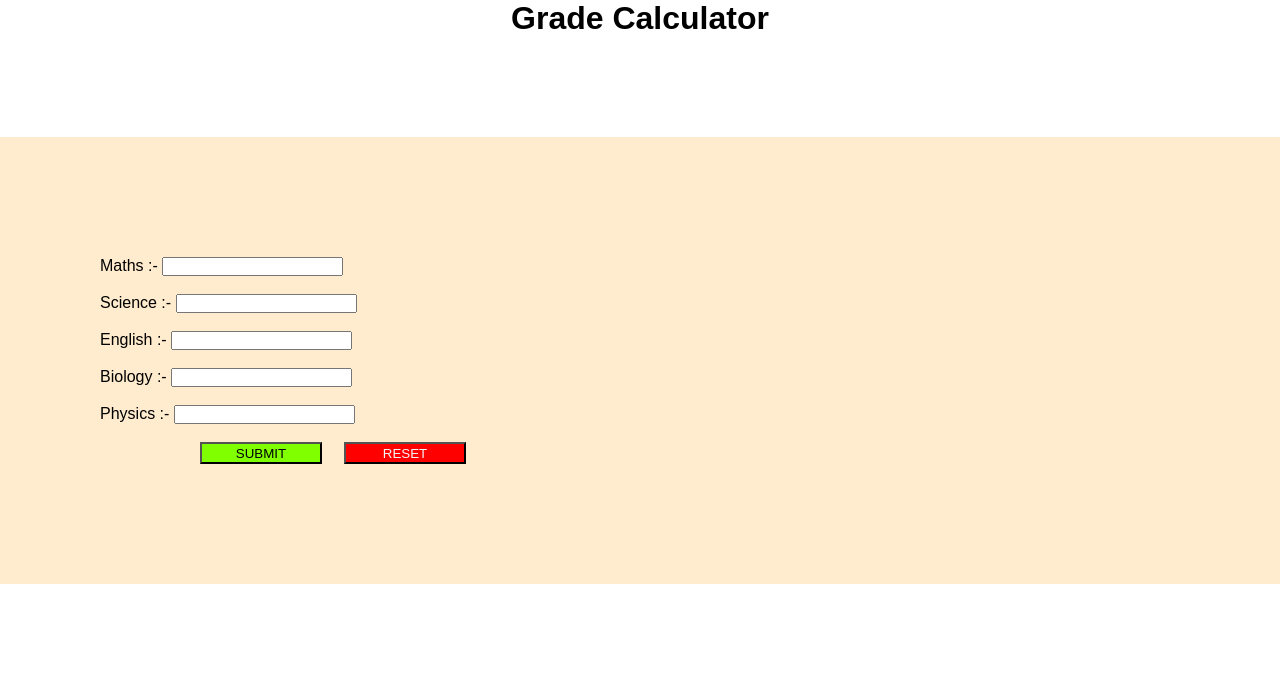
Repository: neelpatel6262/task-manager
Page: index.html
An editor plug-in stored every save of this project. The page is shown before and after the next save, followed by the edit.
The browser window is 1280 px wide. The pictures show the whole page.
Some web fonts or font styles are not loaded; a fallback is used.

Above is the page before, as saved 2025-07-21 11:25:15.

### index.html
<!DOCTYPE html>
<html lang="en">

<head>
  <meta charset="UTF-8">
  <meta name="viewport" content="width=device-width, initial-scale=1.0">
  <title>Javascript</title>
  <link rel="stylesheet" href="style.css">
  <script src="script.js"></script>
  <link rel="stylesheet" href="https://unicons.iconscout.com/release/v4.0.8/css/line.css">
  <link rel="preconnect" href="https://fonts.googleapis.com">
  <link rel="preconnect" href="https://fonts.gstatic.com" crossorigin>
  <link
    href="https://fonts.googleapis.com/css2?family=Asap:ital,wght@0,100..900;1,100..900&family=BioRhyme:wght@200..800&family=Bricolage+Grotesque:opsz,wght@12..96,200..800&family=DM+Sans:ital,opsz,wght@0,9..40,100..1000;1,9..40,100..1000&family=Inter:ital,opsz,wght@0,14..32,100..900;1,14..32,100..900&family=Italiana&family=Lora:ital,wght@0,400..700;1,400..700&family=Merriweather:ital,wght@0,300;0,400;0,700;0,900;1,300;1,400;1,700;1,900&family=Montserrat:ital,wght@0,100..900;1,100..900&family=Noto+Sans+Indic+Siyaq+Numbers&family=Noto+Sans+Old+Italic&family=Nunito:ital,wght@0,200..1000;1,200..1000&family=Pathway+Extreme:ital,opsz,wght@0,8..144,100..900;1,8..144,100..900&family=Poppins:ital,wght@0,100;0,200;0,300;0,400;0,500;0,600;0,700;0,800;0,900;1,100;1,200;1,300;1,400;1,500;1,600;1,700;1,800;1,900&family=Raleway:ital,wght@0,100..900;1,100..900&family=Space+Grotesk:wght@300..700&family=Spectral:ital,wght@0,200;0,300;0,400;0,500;0,600;0,700;0,800;1,200;1,300;1,400;1,500;1,600;1,700;1,800&family=Unbounded:wght@200..900&family=Work+Sans:ital,wght@0,100..900;1,100..900&family=Zilla+Slab:ital,wght@0,300;0,400;0,500;0,600;0,700;1,300;1,400;1,500;1,600;1,700&display=swap"
    rel="stylesheet">

</head>

<body>

  <h1>Grade Calculator</h1>

  <form action="" method="get">
    <div class="form">
      <label for="">Maths :-</label>
      <input type="number" name="" id="" maxlength="100" required>
      <br>
      <br>
      <label for="">Science :-</label>
      <input type="number" name="" id="" maxlength="100" required>
      <br>
      <br>
      <label for="">English :-</label>
      <input type="number" name="" id="" maxlength="100" required>
      <br>
      <br>
      <label for="">Biology :-</label>
      <input type="number" name="" id="" maxlength="100" required>
      <br>
      <br>
      <label for="">Physics :-</label>
      <input type="number" name="" id="" maxlength="100" required>
      <br>
      <br>

      <div class="cta">
        <button type="submit" class="primary">SUBMIT</button>
        <button type="reset" class="secondary">RESET</button>
      </div>

    </div>
  </form>

</body>

</html>

### style.css
*{
  margin: 0;
  padding: 0;
  box-sizing: border-box;
 /* font-family: "DM Mono", monospace; */
  font-family: "Bebas Neue", sans-serif;
 /* background-color:oklch(0.869 0.022 252.894); */
}

h1{
  align-items: center;
  text-align: center;
  margin-bottom: 100px;
}

.form{
  background-color: blanchedalmond;
  padding: 120px 100px;
}

.cta{
   background-color: blanchedalmond;
   display: flex;
   align-items: center;
}

.primary{
  background-color: chartreuse;
  width: 122px;
  height: 22px;
  margin-left: 100px;
margin-right: 22px;
}

.secondary{
  background-color: red;
    width: 122px;
  height: 22px;
  color: whitesmoke;

}

### script.js
// // // Wait for the DOM to load
// // window.addEventListener('DOMContentLoaded', function() {
// //   const form = document.querySelector('form');
// //   const inputs = form.querySelectorAll('input[type="number"]');

// //   // Create a result display element
// //   const resultDiv = document.createElement('div');
// //   resultDiv.className = 'result';
// //   form.appendChild(resultDiv);

// //   form.addEventListener('submit', function(event) {
// //     event.preventDefault(); // Prevent page reload

// //     let total = 0;
// //     let count = 0;
// //     let values = [];
// //     inputs.forEach(input => {
// //       const value = parseFloat(input.value);
// //       if (!isNaN(value)) {
// //         total += value;
// //         count++;
// //         values.push(value);
// //       }
// //     });

// //     if (count === 0) {
// //       resultDiv.textContent = 'Please enter at least one grade.';
// //       return;
// //     }

// //     const average = total / count;
// //     let grade = '';
// //     if (average >= 90) grade = 'A';
// //     else if (average >= 80) grade = 'B';
// //     else if (average >= 70) grade = 'C';
// //     else if (average >= 60) grade = 'D';
// //     else grade = 'F';

// //     resultDiv.innerHTML =
// //       `<strong>Total:</strong> ${total}<br>` +
// //       `<strong>Average:</strong> ${average.toFixed(2)}<br>` +
// //       `<strong>Grade:</strong> ${grade}`;
// //   });

// //   form.addEventListener('reset', function() {
// //     resultDiv.textContent = '';
// //   });
// // });


// let marks = 90


// if (marks == 88 ){
//   console.log("grad A")
// }else{
//   console.log("grad B")
// }if (marks == 88) {
//   console.log("gard D")
// } else {
//   console.log("gard C")
// }



// function navlinks() {
//   console.log("home")
//   console.log("about")
//   console.log("blogs")
//   console.log("contact")
// }

// navlinks()
// navlinks()
// navlinks()


// function test (){
//   let a = 10
//   let b = 20
//   let sum = a + b

//   return sum
// }


// // let sum = test()
// console.log((test()))


//  function username (){
//   let name = "neel"
//   let age = "patel"
//   let concatination = "neel"+"patel"

//   return concatination
//  }


//  console.log(username())



//  function sum(a,b){
//   return a*a + b*b
//  }

//  let res = sum(20+30)

//  console.log(res);


//  sum(20)




//  function all(){
//   console.log("live in present")
//   console.log("live in present")
//   console.log("live in present")
//  }


//  console.log(all())



// data types in js

let name = "neel"
let age = 23
let isstudent = true
let marks = null
let marks1 = undefined
// let marks2 = symbol("neel")
let marks3 = BigInt(12345678901234567890)
let marks4 = [1, 2, 3, 4, 5]
let marks5 = { name: "neel", age: 23, isStudent: true }
let marks6 = function() {
  console.log("This is a function");
};
let marks7 = new Date();
let marks8 = /abc/; // Regular expression

After the next save:
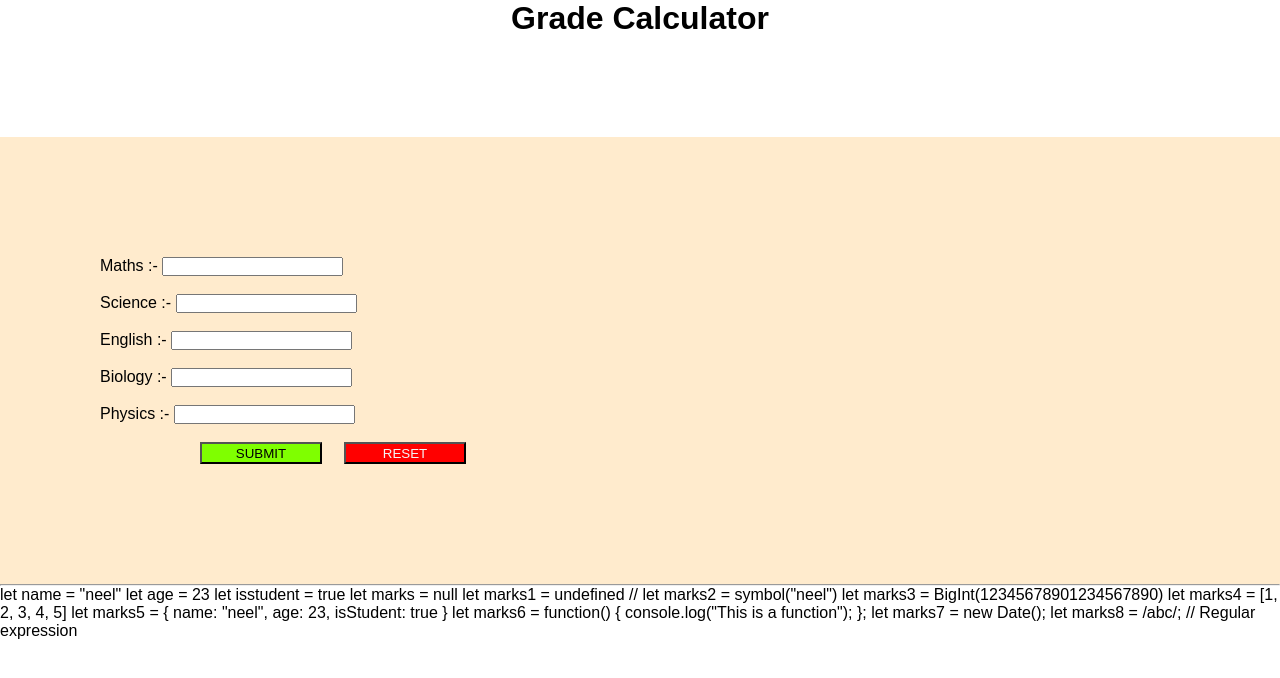
Saved 12 min 19 s later.
--- a/index.html
+++ b/index.html
@@ -51,6 +51,23 @@
     </div>
   </form>
 
+  <hr>
+
+let name = "neel"
+let age = 23
+let isstudent = true
+let marks = null
+let marks1 = undefined
+// let marks2 = symbol("neel")
+let marks3 = BigInt(12345678901234567890)
+let marks4 = [1, 2, 3, 4, 5]
+let marks5 = { name: "neel", age: 23, isStudent: true }
+let marks6 = function() {
+  console.log("This is a function");
+};
+let marks7 = new Date();
+let marks8 = /abc/; // Regular expression
+
 </body>
 
 </html>
